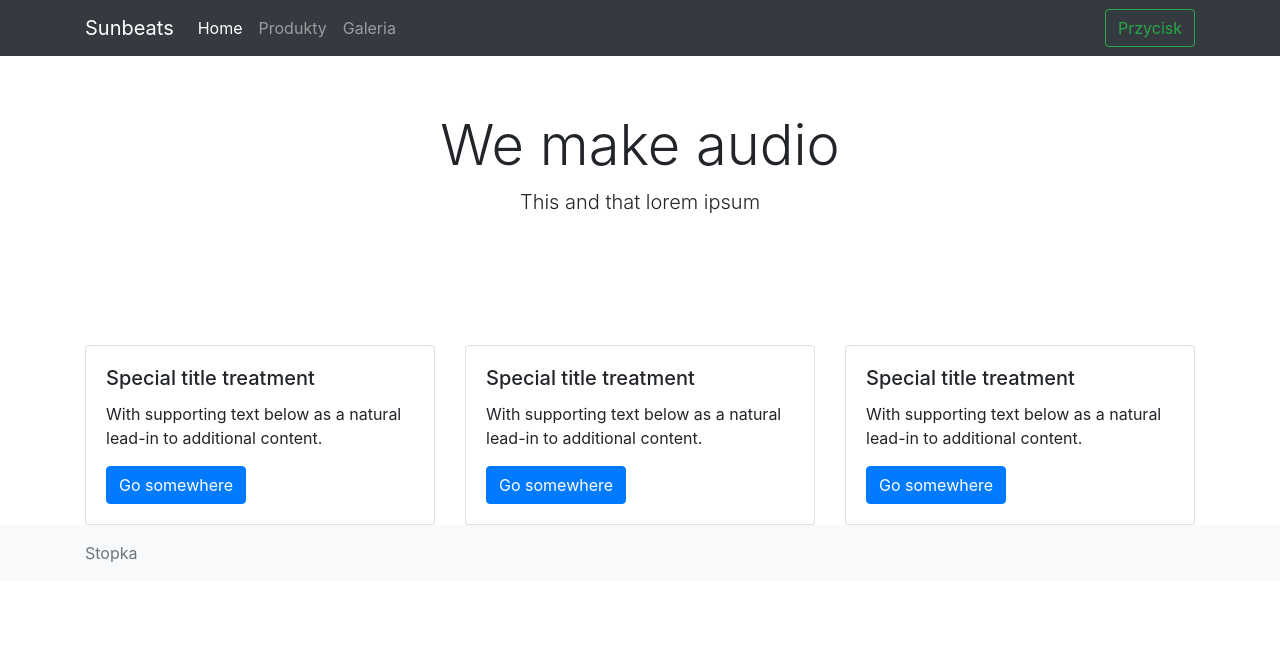
Repository: Audio-site/sunbeats
Page: index.html
An editor plug-in stored every save of this project. The page is shown before and after the next save, followed by the edit.
The browser window is 1280 px wide. The pictures show the whole page.

Above is the page before, as saved 2020-08-25 01:00:11.

After the next save:
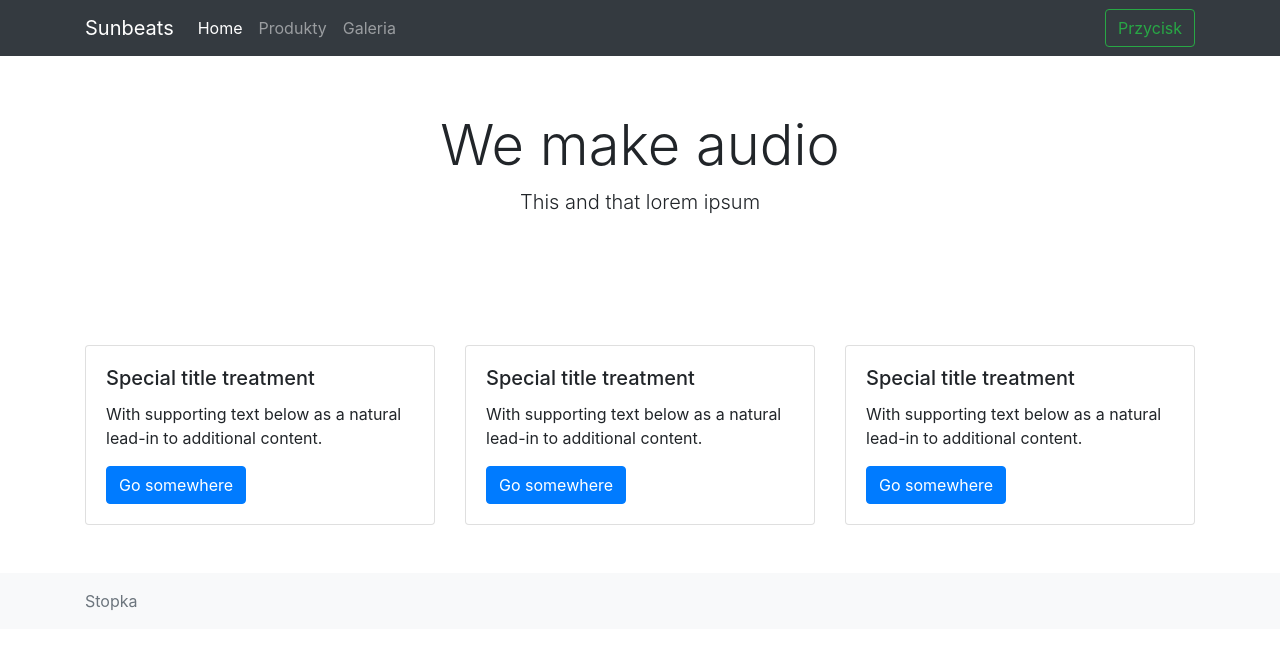
Saved 13 s later.
--- a/index.html
+++ b/index.html
@@ -56,7 +56,7 @@
       <div class="container">
 
 
-        <div class="row">
+        <div class="row my-5">
 
 
           <div class="col-sm-4">
